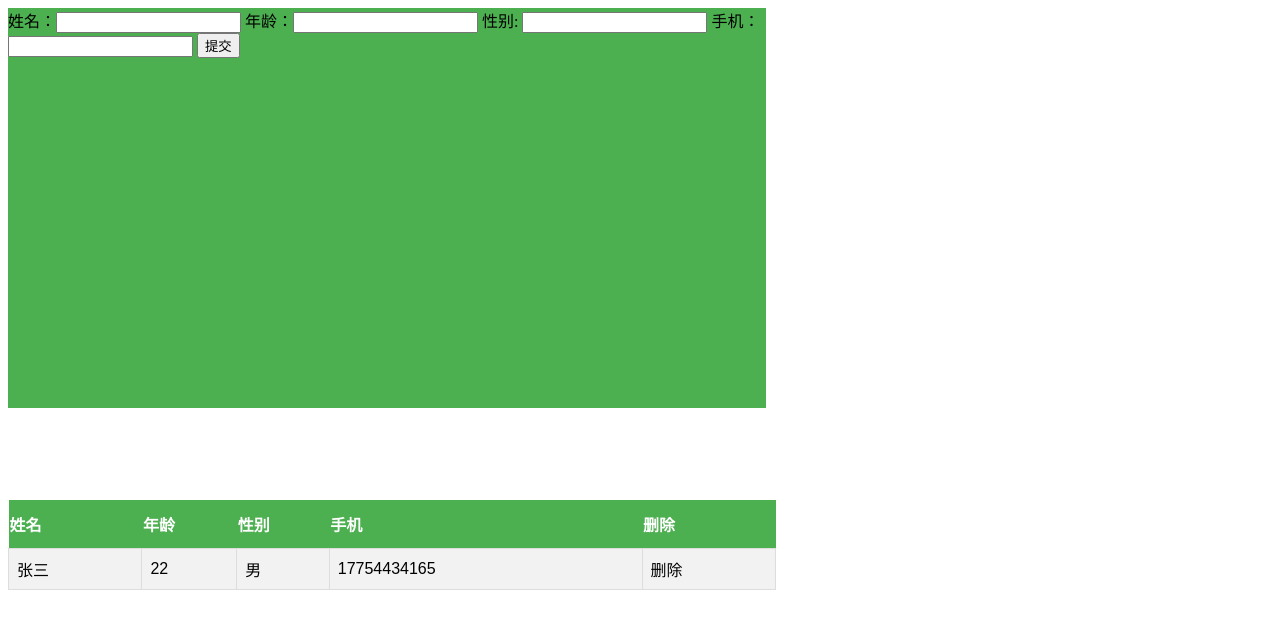
Repository: 1404413577/jsdemo
Page: small-demo/录入信息.html
An editor plug-in stored every save of this project. The page is shown before and after the next save, followed by the edit.
The browser window is 1280 px wide. The pictures show the whole page.

Above is the page before, as saved 2022-11-20 15:31:41.

### small-demo/录入信息.html
<!DOCTYPE html>
<html lang="en">

<head>
    <meta charset="UTF-8">
    <meta http-equiv="X-UA-Compatible" content="IE=edge">
    <meta name="viewport" content="width=device-width, initial-scale=1.0">
    <title>Document</title>
    <style>
        .customers {
            font-family: Arial, Helvetica, sans-serif;
            border-collapse: collapse;
            width: 60%;
            position: absolute;
            top:500px
        }

        .customers td,
        #customers th {
            border: 1px solid #ddd;
            padding: 8px;
        }

        .customers tr:nth-child(even) {
            background-color: #f2f2f2;
        }

        .customers tr:hover {
            background-color: #ddd;
        }

        .customers th {
            padding-top: 12px;
            padding-bottom: 12px;
            text-align: left;
            background-color: #4CAF50;
            color: white;
        }
        .main{
            width: 60%;
            height: 400px;
            background-color: #4CAF50;
        }
    </style>
</head>

<body>
    <div class="main">
        姓名：<input type="text">
        年龄：<input type="text">
        性别: <input type="number">
        手机： <input type="text">
        <button type="submit">提交</button>
    </div>

    <table class="customers">
        <tr>
            <th>姓名</th>
            <th>年龄</th>
            <th>性别</th>
            <th>手机</th>
            <th>删除</th>
        </tr>
        <tr>
            <td>张三</td>
            <td>22</td>
            <td>男</td>
            <td>17754434165</td>
            <td>删除</td>
        </tr>
    </table>
</body>

</html>

After the next save:
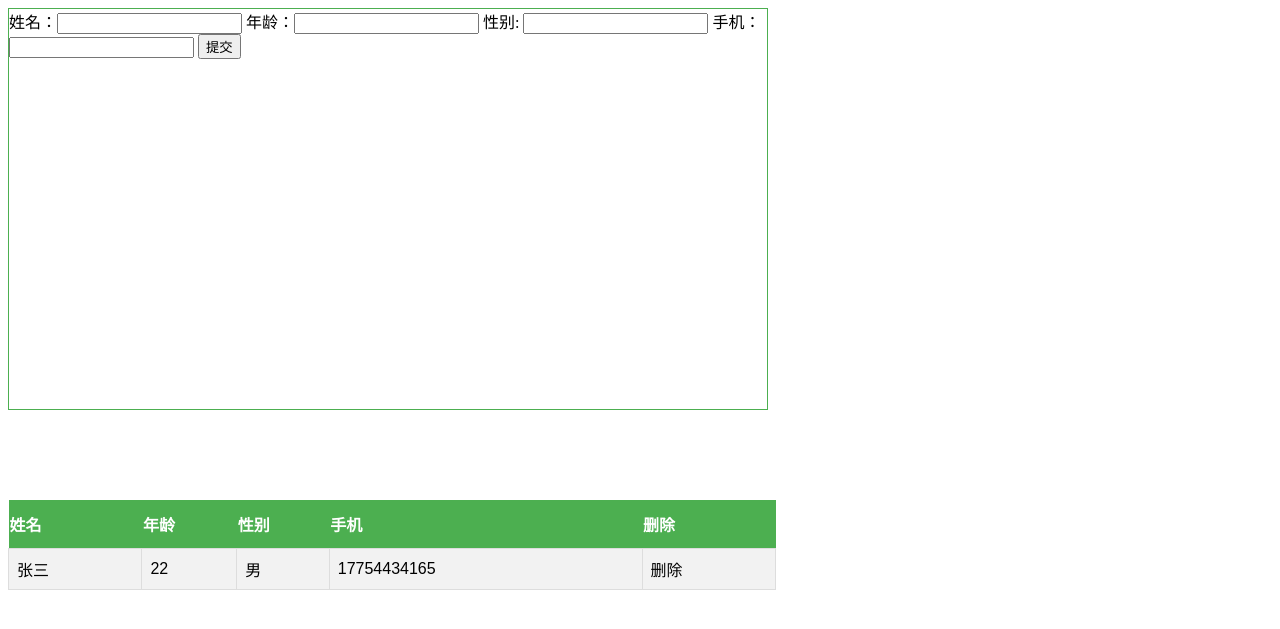
Saved 35 s later.
--- a/small-demo/录入信息.html
+++ b/small-demo/录入信息.html
@@ -39,7 +39,7 @@
         .main{
             width: 60%;
             height: 400px;
-            background-color: #4CAF50;
+            border: 1px solid #4CAF50;
         }
     </style>
 </head>
